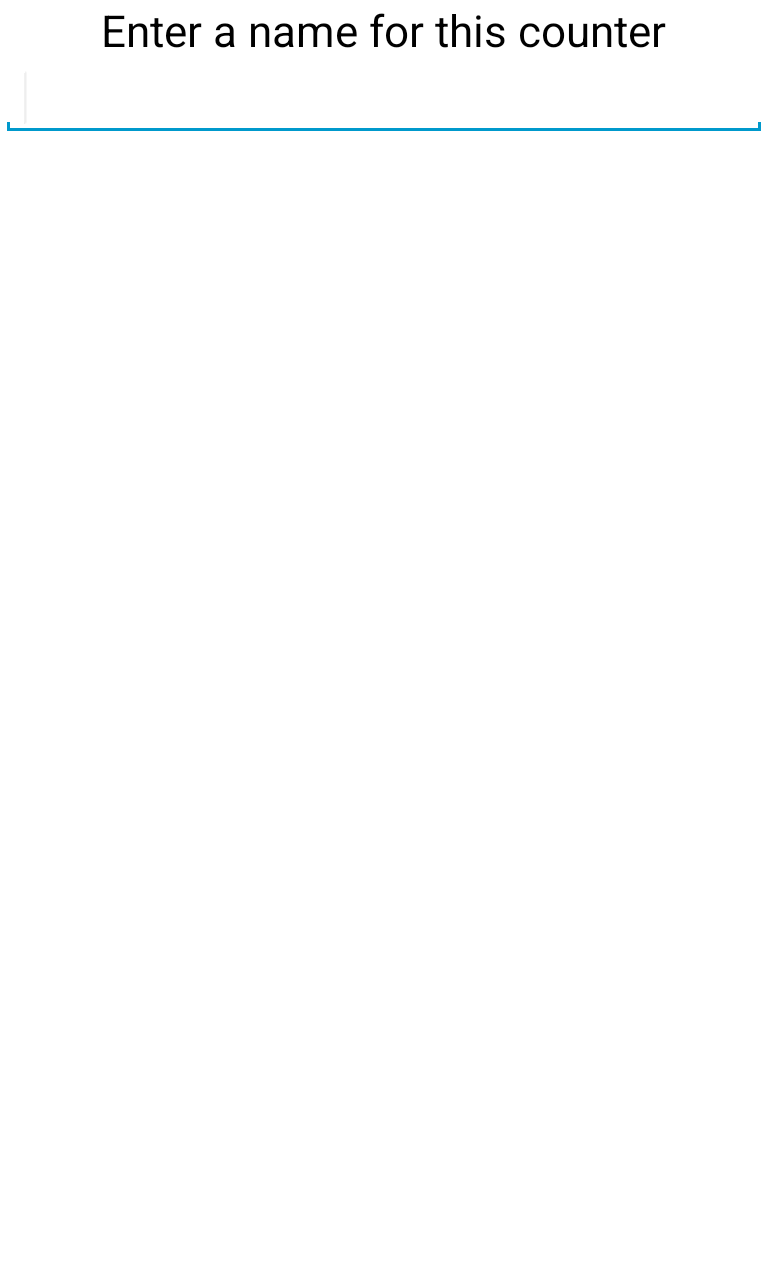
Repository: arweber1/CMPUT301_Assignment1
Layout: Assignment1/res/layout/create_counter.xml
An editor plug-in stored every save of this project. The layout is shown before and after the next save, followed by the edit.
It is drawn on a 768 x 1280 px phone screen (xhdpi) without system bars, with theme AppTheme; the app's code is not run.

Above is the layout before, as saved 2014-01-18 22:32:49.

### Assignment1/res/layout/create_counter.xml
<?xml version="1.0" encoding="utf-8"?>
<LinearLayout xmlns:android="http://schemas.android.com/apk/res/android"
    android:layout_width="match_parent"
    android:layout_height="match_parent"
    android:orientation="vertical" >

    <TextView
        android:id="@+id/textView1"
        android:layout_width="wrap_content"
        android:layout_height="wrap_content"
        android:layout_gravity="center"
        android:text="@string/enter_counter_name"
        android:textAppearance="?android:attr/textAppearanceLarge" />

    <EditText
        android:id="@+id/editText1"
        android:inputType="textCapSentences"
        android:layout_width="match_parent"
        android:layout_height="wrap_content"
        android:ems="10" >

        <requestFocus />
    </EditText>

</LinearLayout>

### Assignment1/res/values/strings.xml
<?xml version="1.0" encoding="utf-8"?>
<resources>

    <string name="app_name">arweber-notes</string>
    <string name="action_settings">Settings</string>
    <string name="hello_world">Hello world!</string>
	<string name="add_counter">+ Add new counter</string>
	<string name="manage_counters">Manage counters</string>
	<string name="enter_counter_name">Enter a name for this counter</string>
	<string name="create_counter">Create counter</string>
</resources>

Loaded but not shown: Assignment1/res/values/styles.xml (common file); Assignment1/res/values-v11/styles.xml (common file); Assignment1/res/values-v14/styles.xml (common file)

After the next save:
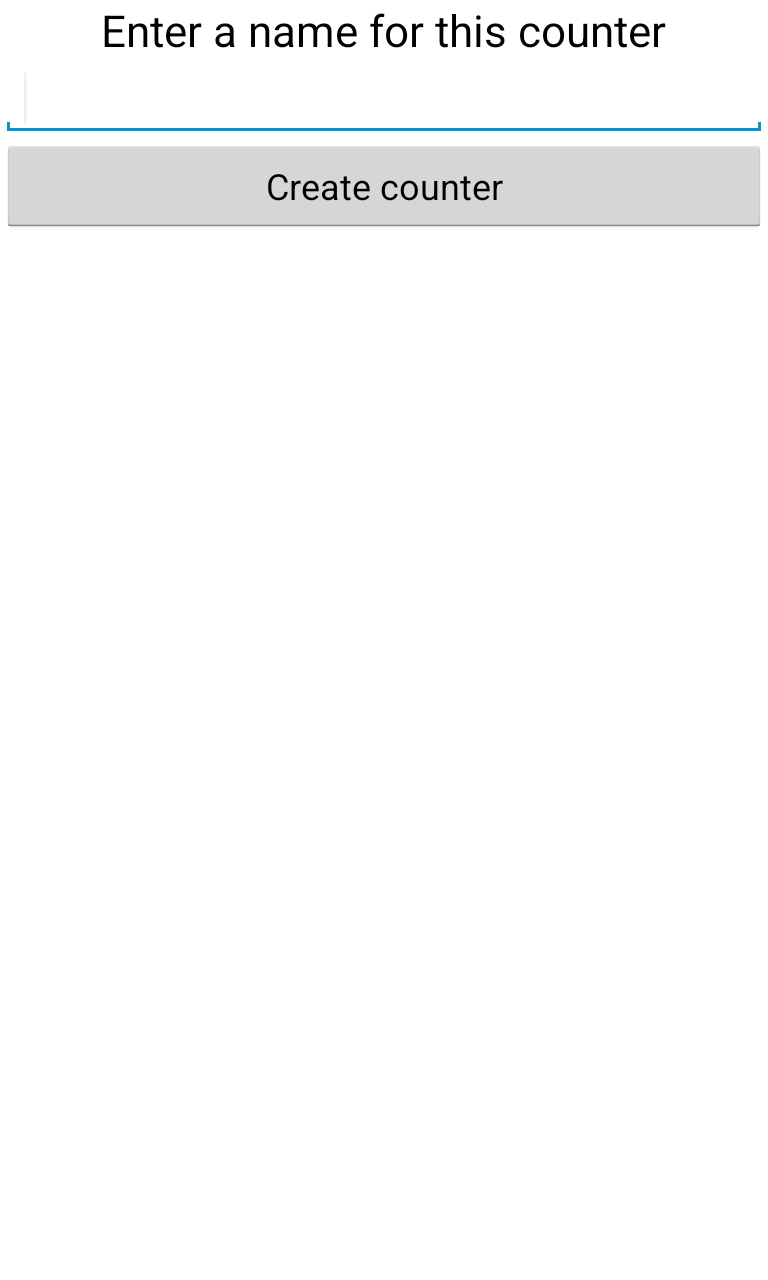
Saved 48 s later.
--- a/Assignment1/res/layout/create_counter.xml
+++ b/Assignment1/res/layout/create_counter.xml
@@ -22,4 +22,10 @@
         <requestFocus />
     </EditText>
 
+    <Button
+        android:id="@+id/button1"
+        android:layout_width="match_parent"
+        android:layout_height="wrap_content"
+        android:text="@string/create_counter" />
+
 </LinearLayout>
